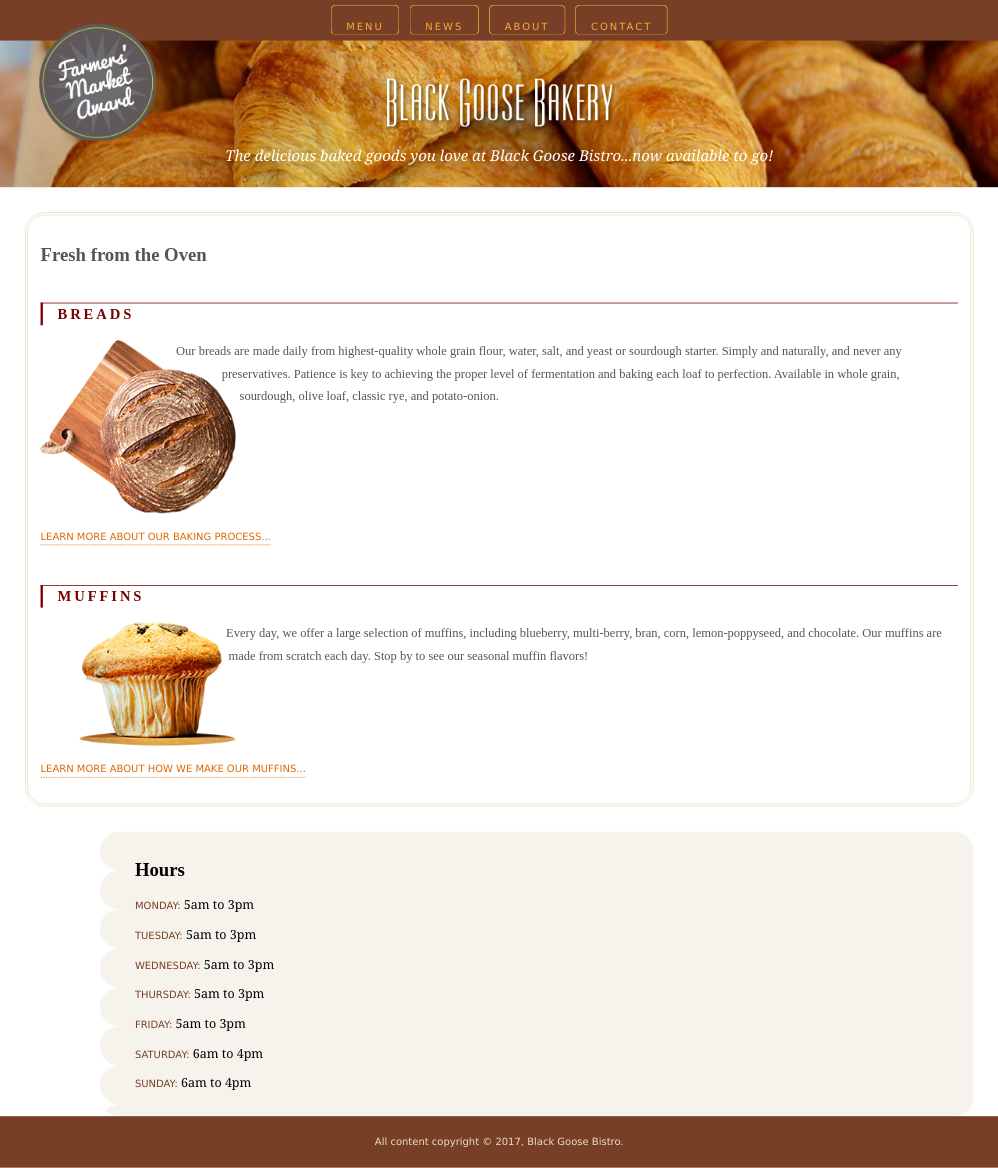
Repository: Colo-Codes/code-practice
Page: 02-css-practice-5.html
These files come from the project's save history. The page is drawn as it stood at one moment and after the next save; the edit follows.
The browser window is 1280 px wide. The pictures show the whole page, at 78% of full size.
Some web fonts or font styles are not loaded; a fallback is used.

Above is the page before, as saved 2021-05-13 09:38:36.

### 02-css-practice-5.html
<!doctype html>
<html>

<head>
  <meta charset="UTF-8">
  <title>Black Goose Bakery</title>
  <meta name="viewport" content="width=device-width, initial-scale=1">
  <link href="https://fonts.googleapis.com/css?family=Stint+Ultra+Expanded" rel="stylesheet">
  <style>
    @import url(./css/bakery-styles.css);
  </style>
</head>

<body>

  <header>
    <nav>
      <ul>
        <li><a href="">Menu</a></li>
        <li><a href="">News</a></li>
        <li><a href="">About</a></li>
        <li><a href="">Contact</a></li>
      </ul>
    </nav>
    <h1><img src="./assets/img/bgb_logo.png" alt="Black Goose Bakery"></h1>
    <p>The delicious baked goods you love at Black Goose Bistro...now available to go!</p>
  </header>

  <main>
    <h2>Fresh from the Oven</h2>
    <h3>Breads</h3>
    <p><img src="./assets/img/bread.png" alt="round loaf of bread on cutting board"> Our breads are made daily from
      highest-quality whole grain flour, water, salt, and yeast or sourdough starter. Simply and naturally, and never
      any preservatives. Patience is key to achieving the proper level of fermentation and baking each loaf to
      perfection. Available in whole grain, sourdough, olive loaf, classic rye, and potato-onion.</p>
    <p class="more"><a href="">Learn more about our baking process...</a></p>

    <h3>Muffins</h3>
    <p><img src="./assets/img/muffin.png" alt="one chocolate chip muffin"> Every day, we offer a large selection of
      muffins, including blueberry, multi-berry, bran, corn, lemon-poppyseed, and chocolate. Our muffins are made from
      scratch each day. Stop by to see our seasonal muffin flavors!</p>
    <p class="more"><a href="">Learn more about how we make our muffins...</a></p>
  </main>

  <aside>
    <h2>Hours</h2>
    <p><span class="day">Monday:</span> 5am to 3pm</p>
    <p><span class="day">Tuesday:</span> 5am to 3pm</p>
    <p><span class="day">Wednesday:</span> 5am to 3pm</p>
    <p><span class="day">Thursday:</span> 5am to 3pm</p>
    <p><span class="day">Friday:</span> 5am to 3pm</p>
    <p><span class="day">Saturday:</span> 6am to 4pm</p>
    <p><span class="day">Sunday:</span> 6am to 4pm</p>
  </aside>

  <footer>
    <p>All content copyright &copy; 2017, Black Goose Bistro.</p>
    <div id="award"><img src="./assets/img/award.png" alt="Farmers' Market Award"></div>
  </footer>

</body>

</html>

### css/bakery-styles.css
@charset "UTF-8";
html {
  box-sizing: border-box;
}
*, *:before, *:after {
  box-sizing: inherit;
  /* Enable to debug */
  /* outline: #f66 dashed 1px; */
}
body {
  font-family: Georgia, serif;
  font-size: 100%;
  background-color: white;
  margin: 0; /* Reset margins */
}

/* link styles */
a:link, a:visited {
  color: #DC6903;
  text-decoration: none;
  border-bottom: 1px dotted;
  padding-bottom: .2em;
}
a:focus, a:hover, a:active { color: #F9AB33; }


/* header styles */
header {
  color: white;
  background:  url(../assets/img/croissants_banner.jpg) no-repeat center center;
  background-size: cover;
  text-align: center;
  height: 15em;
}
header p {
  font-style: italic;
  font-size: 1.2em;
  margin-top: -12px;
}
header h1 {
  margin-top: 1.5em;
}

/* nav styles */
nav, footer {
  font-family: verdana, sans-serif;
  background-color: #783F27;
}
nav ul li a {
  display: block;
  border: 1px solid;
  border-radius: .5em;
  padding: 1.5em;
  margin: .5em;
}
nav ul li a:link, nav ul li a:visited {
  color: #F9AB33;
}
nav ul li a:focus, nav ul li a:hover, nav ul li a:active {
  color: #fff;
}
nav ul li {
  font-size: .8em;
  text-transform: uppercase;
  letter-spacing: .2em;
}
nav ul {
  margin: 0; /* Reset margins */
  padding: 0;
  list-style-type: none;
  display: flex;
  justify-content: center;
}

/* main "products" styles */
main {
  font-family: 'Stint Ultra Expanded', cursive;
  background-color: white;
  line-height: 1.8em;
  color: #555;
  padding: 1em;
  border: double 4px #eaddc4;
  border-radius: 25px;
  margin: 2.5%;
}
main img {
  float: left;
  margin: 0 1em 1em 0;
}
img[src*="bread"] {
  shape-outside: ellipse(130px 95px at 50% 50%);
}
img[src*="muffin"] {
  margin-left: 50px;
  shape-outside: polygon(0px 0px, 197px 0px, 241px 31px, 241px 68px, 226px 82px, 219px 131px, 250px 142px, 250px 158px, 0px 158px);
}
h3 {
  text-transform: uppercase;
  letter-spacing: .2em;
  color: #7A0002;
  border-top: 1px solid;
  border-left: 3px solid;
  padding-left: 1em;
  margin-top: 2.5em;
}
p.more {
  font-family: verdana, sans-serif;
  text-transform: uppercase;
  font-size: .8em;
  clear: left;
}

/* aside "hours" styles */
aside {
  background: url(../assets/img/scallop.png) repeat-y left top;
  background-color: #F6F3ED;
  padding: 1em;
  padding-left: 45px;
  border-radius: 25px;
  margin: 1em 2.5% 0 10%;
}
/* misc styles */
footer {
  color: #EADDC4;
  text-align: center;
  font-size: .8em;
  padding: 1em;
}
h2 {
  font-family: 'Stint Ultra Expanded', cursive;
}
.day {
  color: #783F27;
  font-family: verdana, sans-serif;
  font-size: .8em;
  text-transform: uppercase;
}
div#award {
  position: fixed;
  top: 30px;
  left: 50px;
}

After the next save:
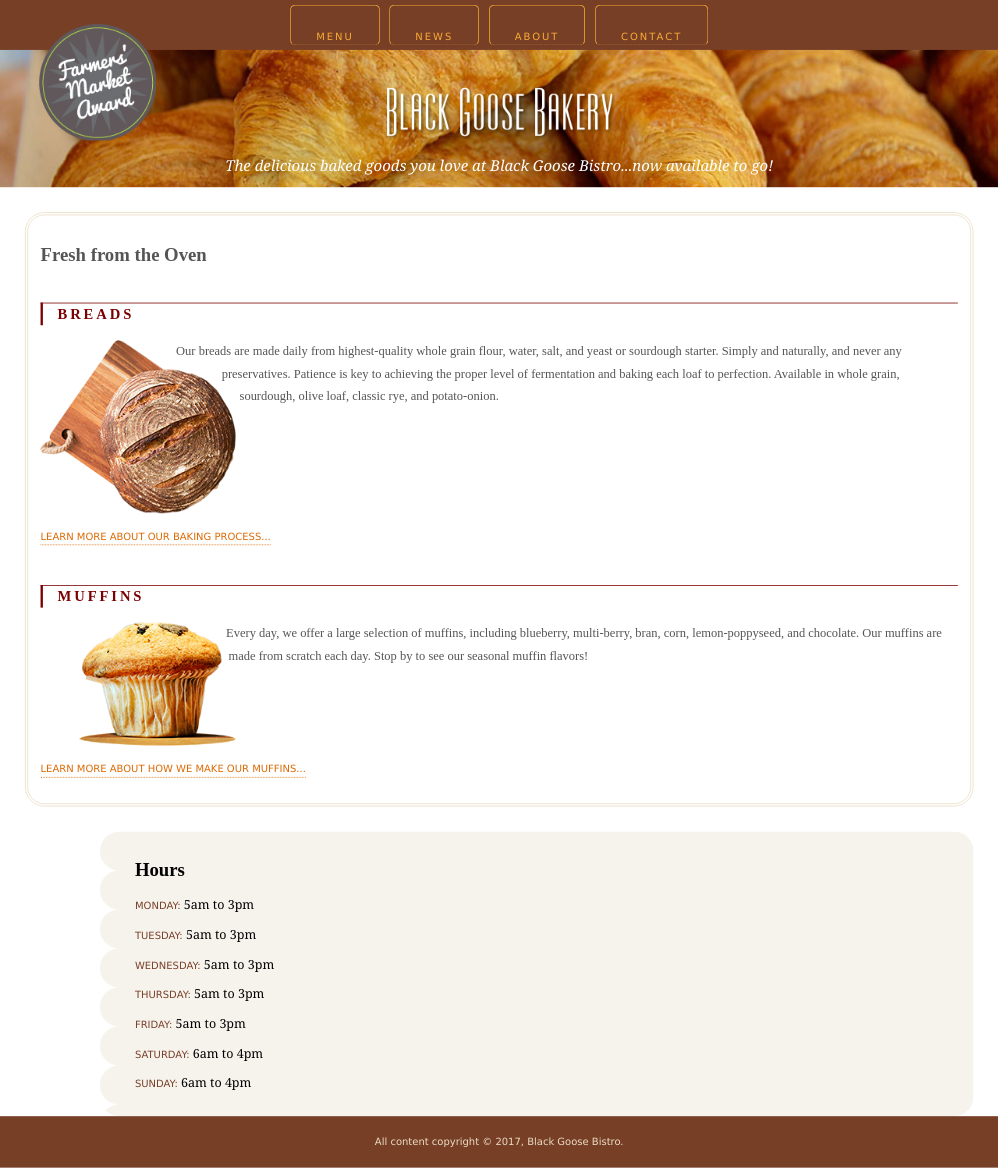
Saved 8 s later.
--- a/css/bakery-styles.css
+++ b/css/bakery-styles.css
@@ -50,7 +50,7 @@ nav ul li a {
   display: block;
   border: 1px solid;
   border-radius: .5em;
-  padding: 1.5em;
+  padding: 2.5em;
   margin: .5em;
 }
 nav ul li a:link, nav ul li a:visited {
